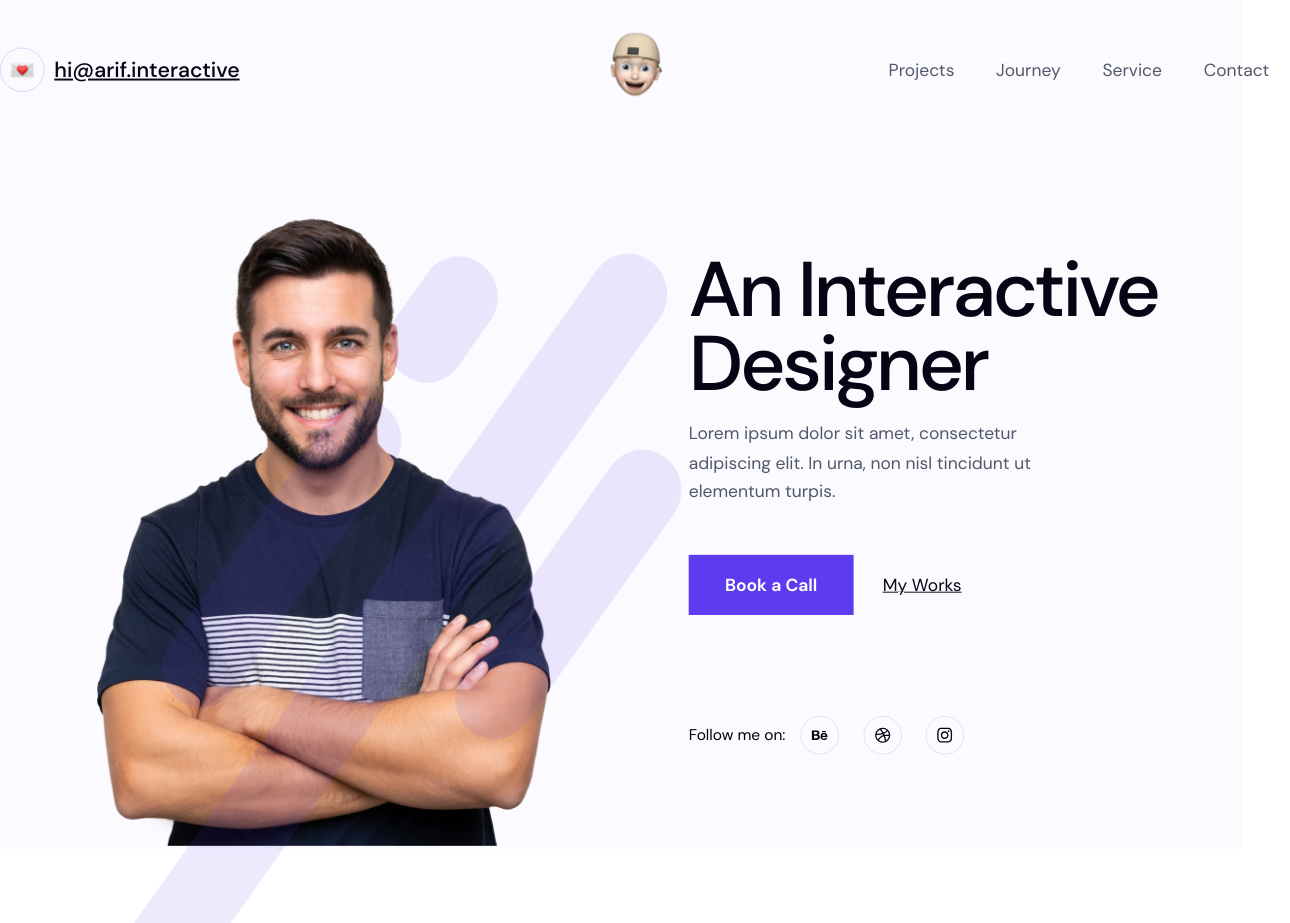
Repository: trantangtuan/project-06-grid-system12column-demo
Page: index.html
The author's editor kept a copy of each file at every save. The page is drawn from the files as they stood at one save, then again after the next save.
The browser window is 1280 px wide. The page is 1330 px wide, so the pictures cover 1330 px, including what lies to the right of the window. The pictures show the whole page, at 97% of full size.

Above is the page before, as saved 2024-07-13 20:50:15.

After the next save:
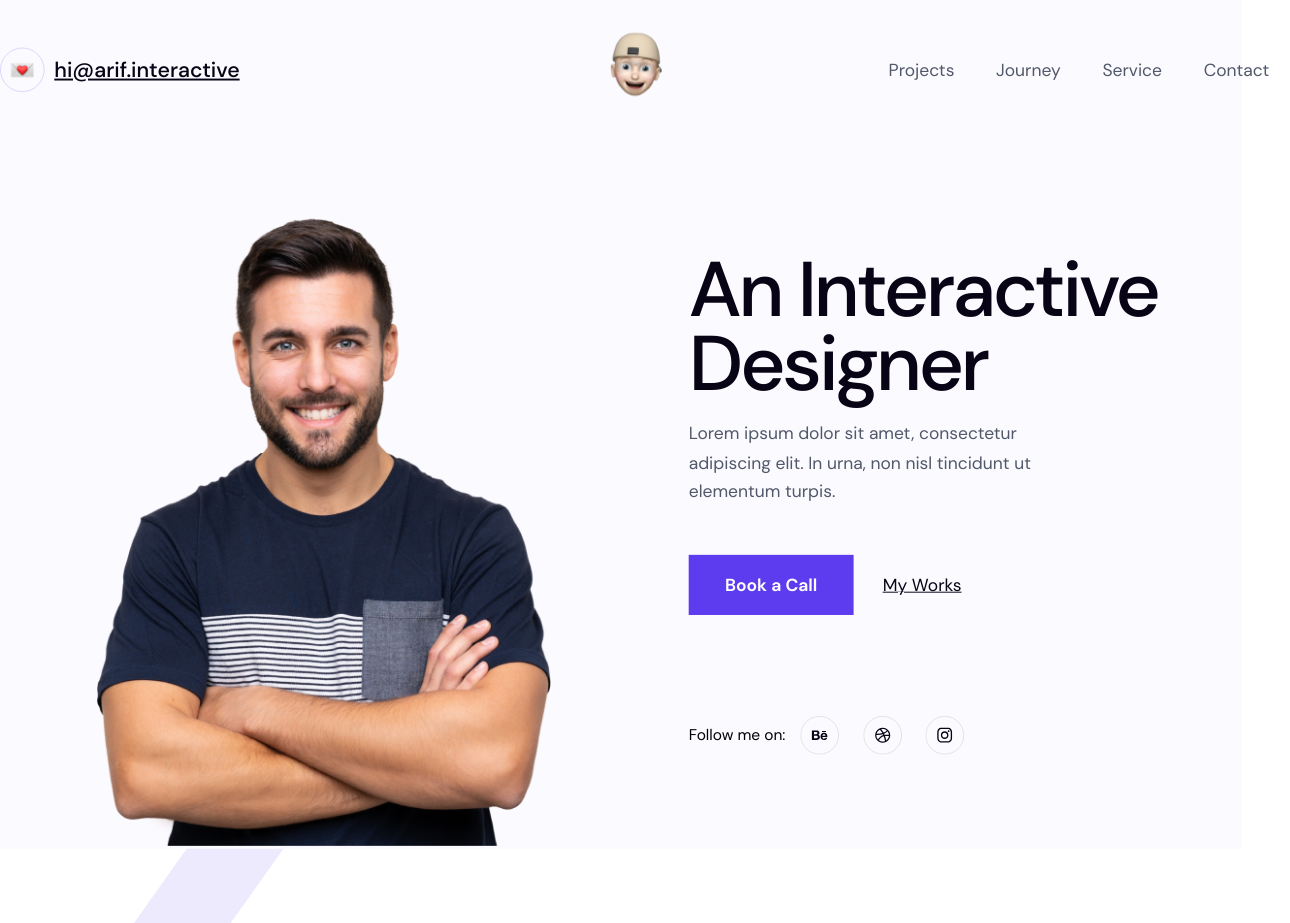
Saved 4 s later.
--- a/assets/css/style.css
+++ b/assets/css/style.css
@@ -120,7 +120,7 @@
 
 .group-rectangle__left {
   position: absolute;
-  z-index: 1;
+  z-index: -1;
 }
 
 .hero > .container {

After the 2 saves that followed:
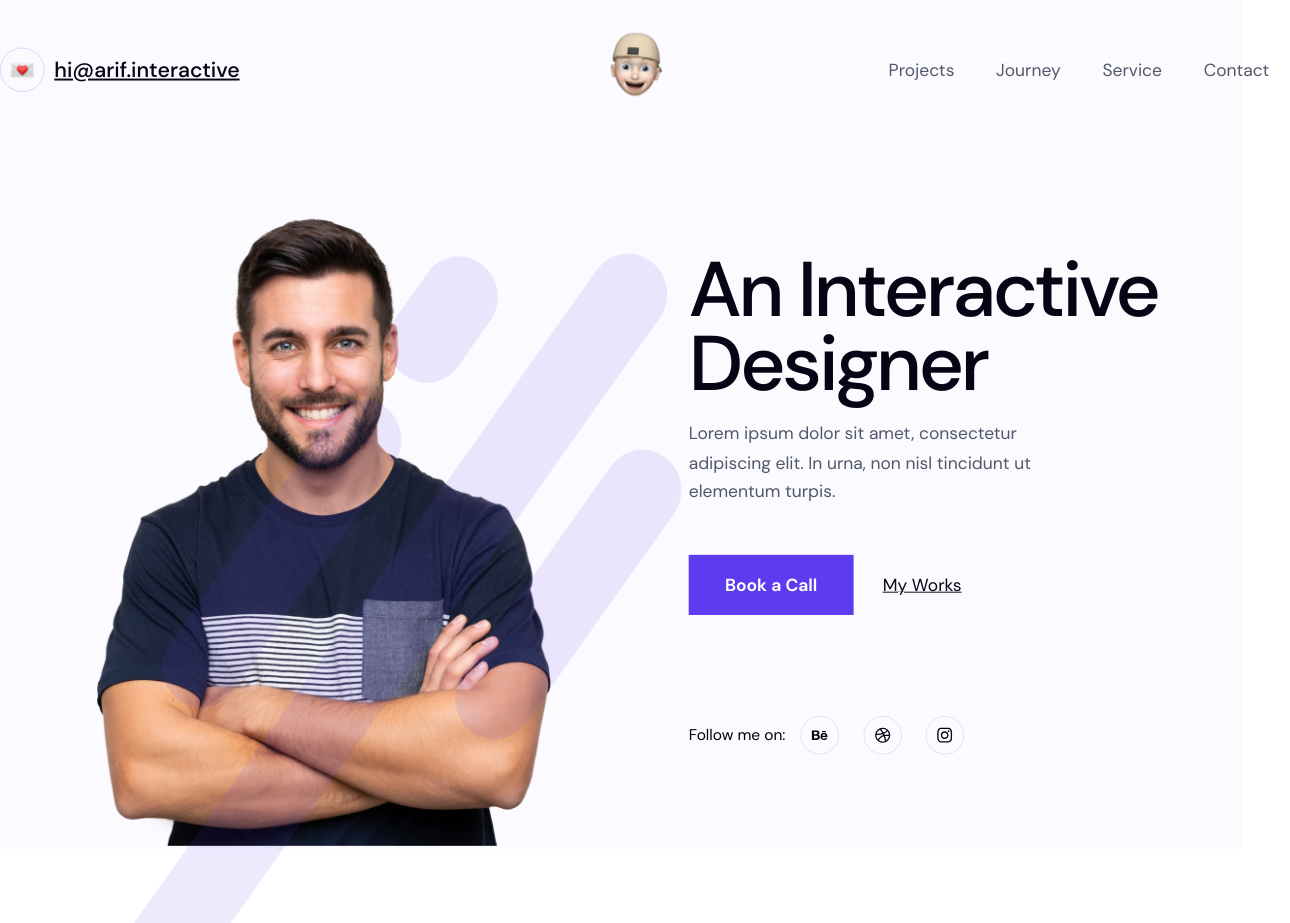
The 2 saves are shown as one change because 1 left the picture as it was.
The last was saved 38 s later.
--- a/assets/css/style.css
+++ b/assets/css/style.css
@@ -120,7 +120,8 @@
 
 .group-rectangle__left {
   position: absolute;
-  z-index: -1;
+  /* z-index: -1; */
+  overflow: hidden;
 }
 
 .hero > .container {
